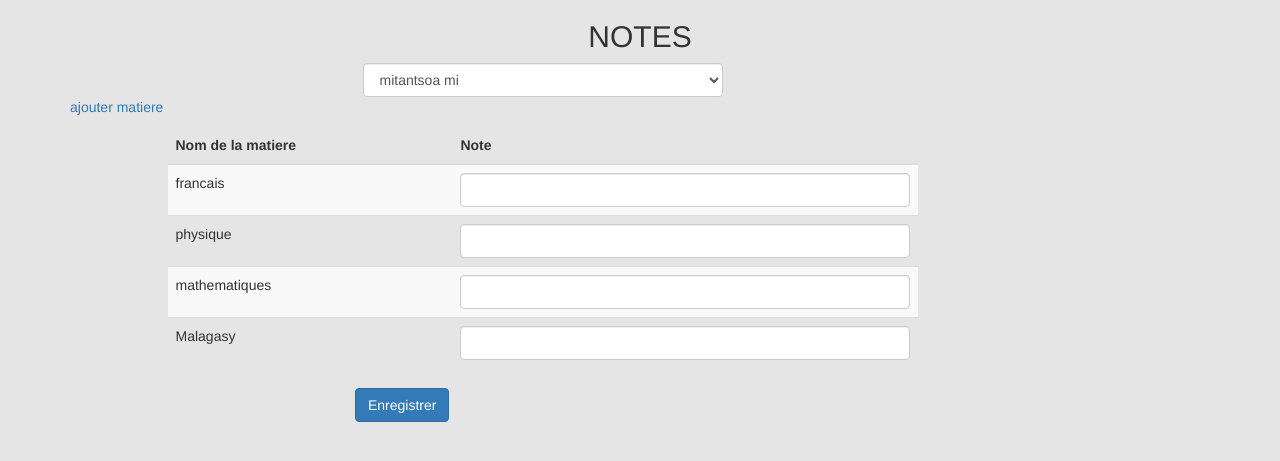
Repository: mitantsoa1/CRUD-note
Page: http://localhost/note
These files come from the project's save history. The page is drawn as it stood at one moment and after the next save; the edit follows.
The browser window is 1280 px wide. The pictures show the whole page.
The page is run by PHP 8.4 with error messages shown; the project is at /var/www/html/. The database holds what the project's SQL file puts in it.

Above is the page before, as saved 2021-02-12 07:46:26.
Console error: SyntaxError: Unexpected token '<'

### index.php
<?php

require_once ("Controls/Controllers.class.php");
// require_once ("Models/Database.class.php");
// Database::init("localhost","stage","root","");

if(isset($_GET['action'])){
    if(method_exists("Controllers",$_GET['action'])){
        $reflect = new ReflectionMethod("Controllers",$_GET['action']);
        $class = "Controllers";
        $reflect -> invoke(new $class);
    }else{
        Controllers::loadView("erreur.php");
    }
}else{
    Controllers::loadView("indexView.php");
}

?>

### Controls/Controllers.class.php
<?php
	class Controllers{

		public static function loadView($page){
			$page = htmlspecialchars(trim($page)) ;
			include("Views/".$page) ;
		}
		public function index(){
			Controllers::loadView("indexView");
		}
		// pour inclure les portions de page
		public static function includeTemplate($template)
		{
			$template = htmlspecialchars(trim($template));
			include "Views/template_parts/" . $template;
		}
		// inclure du JavaScript
		public static function includeJS($fields)
		{
			$script = "";
			for ($i = 0; $i < count($fields) - 1; $i++) {
				$code = htmlspecialchars(trim($fields[$i]));
				$script .= '<script src="Publics/js/' . $code . '.js"></script>' . "\n\t";
			}
			if ($i == count($fields) - 1) {
				$code = htmlspecialchars(trim($fields[count($fields) - 1]));
				$script .= '<script src="Publics/js/' . $code . '.js"></script>' . "\n";
			}
			echo $script;
		}
		// inclure du CSS
		public static function includeCSS($fields)
		{
			$css = "";
			for ($i = 0; $i < count($fields) - 1; $i++) {
				$code = htmlspecialchars(trim($fields[$i]));
				$css .= '<link rel="stylesheet" href="Publics/css/' . $code . '.css">' . "\n\t";
			}
			if ($i == count($fields) - 1) {
				$code = htmlspecialchars(trim($fields[count($fields) - 1]));
				$css .= '<link rel="stylesheet" href="Publics/css/' . $code . '.css">' . "\n";
			}
			echo $css;
		}

		public function note(){
			Controllers::loadView("note.php");
		}
		public function matiere(){
			Controllers::loadView("matiere.php");
		}
	}

 ?>

### Views/note.php
<!DOCTYPE html>
<html lang="en">
<head>
    <meta charset="UTF-8">
    <meta http-equiv="X-UA-Compatible" content="IE=edge">
    <meta name="viewport" content="width=device-width, initial-scale=1.0">
    <title>note</title>
    <?php
Controllers::includeCSS(["all","bootstrap.min","sweetalert2.min","style","util"]);
?>
</head>
<body>
    <div class="container content-note">
        <h2 class="text-center">NOTES</h2>
    <form action="">
        <div class="row">
            <?php
                include('Models/Database.class.php');
                $db = new Database();
                $tab = $db->select("etudiant")
                            ->execute(null);
                echo "<div class='col-sm-4 col-sm-offset-3'> <select id='select_etudiant_note' class='form-control'>";

                    for($i=0;$i<count($tab);$i++){
                        echo"
                            <option value='".$tab[$i]->id."'>".$tab[$i]->nom." ".$tab[$i]->prenom."</option>
                        ";
                    }

                echo "</select></div>";


            ?>


        </div>
    </form>
    <a href="matiere" >ajouter matiere</a>
    <div class="nom"></div>
    <div class="row">
        <div class="matiere_table col-sm-8 col-sm-offset-1">matiere</div>
    </div>

    </div>


<?php
Controllers::includeJS(["jquery","bootstrap.min","all","sweetalert2.min","note"]);
?>
</body>
</html>

### Models/Database.class.php
<?php
class Database{
	private $query,$nombreParam, $lastTable;
	private static $conn,$host,$base,$user,$pass,$port ;
		// bd = new PDO("mysql:host=localhost;dbname=nom","user","pass")
		// initialisation
	public static function init($hote,$base,$port,$user,$pass) {
		self::$host=htmlspecialchars(trim($hote)) ;
		self::$base=htmlspecialchars(trim($base)) ;
		self::$user=htmlspecialchars(trim($user)) ;
		self::$pass=htmlspecialchars(trim($pass)) ;

	}
	public static function db() {
		$options = array(PDO::MYSQL_ATTR_INIT_COMMAND => 'SET NAMES utf8',
);


		$url ="mysql:host=".self::$host.";port=".self::$port.";dbname=".self::$base;
		if(!isset(self::$conn)) {
			self::$conn = new PDO($url,self::$user,self::$pass,$options);
		}
		return self::$conn ;

	}
		// execution du requete
	public function execute($value=null) {

			// tester s'il y des trous dans les requetes
			// si c'est une requete de selection
		if (strpos($this->query,"SELECT")>-1) {

			if (strpos($this->query,"?")>-1 ){
				$req = self::db()->prepare($this->query) ;
				$req->execute($value) ;
			}
			else {
				$req = self::db()->query($this->query) ;
			}


			return $req->fetchAll(PDO::FETCH_OBJ);
		}
		else {
			if (strpos($this->query,"?")>-1 ){
				$req = self::db()->prepare($this->query) ;
				$req->execute($value) ;

			}
			else {
				self::db()->query($this->query) ;
			}


			return 0 ;
		}



	}
	public function getQuery() {
		return $this->query ;
	}
	public function select($table){
		$table=htmlspecialchars(trim($table)) ;
		$this->query = "SELECT * FROM ".$table ;
		$this->lastTable =$table ;
		return $this ;
	}
	public function where($id,$operateur){
		$this->query .= " WHERE ".$id."".$operateur."?";

		return $this ;
	}
	public function et($id,$operateur) {
		$this->query .= " AND ".$id."".$operateur."?";

		return $this ;
	}
	public function ou($id,$operateur) {
		$this->query .= " OR ".$id."".$operateur."?";

		return $this ;
	}
		// insertion
	public function insert($table) {
		$this->query="INSERT INTO ".$table ;
		return $this ;
	}
	// mise à jours
	public function update($table) {
		$this->query="UPDATE ".$table ;
		return $this ;
	}
	public function parametters($fields) {
		if (strpos($this->query,"INSERT")>-1){
			// insertion
			$listeFields="(" ;
			$valeur="VALUES (" ;
			for ($i=0; $i <count($fields) ; $i++) {
				$listeFields.=$fields[$i]."," ;
				$valeur.="?," ;
			}

			$listeFields=trim($listeFields,",").")" ;

			$valeur=trim($valeur,",").")" ;
			$this->query.=" ".$listeFields ;
			$this->query.=" ".$valeur ;
		}
		else if (strpos($this->query,"UPDATE")>-1){
			$listeFields="SET " ;
			for ($i=0; $i <count($fields); $i++) {
				$listeFields.=$fields[$i]."=?," ;
			}
			$listeFields=trim($listeFields,",") ;
			$this->query.=" ".$listeFields ;
		}

		return $this ;
	}

		// suppréssion
	public function delete($table) {
		$table=htmlspecialchars(trim($table)) ;
		$this->query=" DELETE FROM ".$table;
		return $this ;
	}
	public function order($param) {
		$this->query.=" ORDER BY " ;
		$listeOrder="" ;
		foreach ($param as $key => $value) {
			$listeOrder.=$key. " ".$value."," ;
		}
		$listeOrder=trim($listeOrder,",") ;
		$this->query.=$listeOrder ;
		return $this ;
	}
	public function inner($table2,$id1) {
		$table2=htmlspecialchars(trim($table2)) ;
		$id1= htmlspecialchars(trim($id1)) ;

		$this->query.=" INNER JOIN ".$table2." ON ".$this->lastTable.".".$id1."=".$table2.".".$id1 ;
		$this->lastTable=$table2;
		return $this;
	}
	// inner join id différent
	public function innerD($table2,$id1,$id2) {
		$table2=htmlspecialchars(trim($table2)) ;
		$id1= htmlspecialchars(trim($id1)) ;

		$this->query.=" INNER JOIN ".$table2." ON ".$this->lastTable.".".$id1."=".$table2.".".$id2 ;
		$this->lastTable=$table2;
		return $this;
	}
	public function sum($table,$fields) {
		$fields = htmlspecialchars(trim($fields)) ;
		$table = htmlspecialchars(trim($table)) ;
		$this->query="SELECT SUM(".$fields.") AS somme FROM ".$table ;
		return $this ;
	}
	// selection avec paramètre
	public function selectParam($table,$listeFields) {
		$reqBase ="SELECT " ;
		for ($i=0; $i <count($listeFields) ; $i++) {
			$reqBase.=$listeFields[$i]."," ;
		}
		$this->query = trim($reqBase,",")." FROM ".$table;
		return $this ;


	}
	public function customSelect($requete) {
		$req = self::db()->query($requete) ;

		return $req->fetchAll(PDO::FETCH_OBJ);
	}

}
	Database::init("localhost","scolarite","3306","root","");

	//ALTER TABLE `note` ADD `francais` IF NOT EXISTS DOUBLE NOT NULL DEFAULT '0.0'
?>

### Views/erreur.php
<!DOCTYPE html>
<html lang="fr">
<head>
    <meta charset="UTF-8">
    <meta name="viewport" content="width=device-width, initial-scale=1.0">
    <title>Page invalide</title>
</head>
<body>
    <h1>ERROR 404</h1>

        <p>Cette page n'est pas disponible</p>
</body>
</html>

### Controls/ajax.php
<?php
    include("../Models/Database.class.php");
    header('Content-type: application/json');
    $db = new Database();

    if(isset($_POST['data'])){
        $tab = $db->select("etudiant")
                ->execute();
        echo json_encode($tab);
    }

    if(isset($_POST['nom'])){
        $nom = htmlspecialchars(trim($_POST['nom']));
        $prenom = htmlspecialchars(trim($_POST['prenom']));
        $dtn = htmlspecialchars(trim($_POST['date_naissance']));
        $sexe = $_POST['sexe'];

        $db->insert("etudiant")
            ->parametters(["nom","prenom","date_de_naissance","sexe"])
            ->execute([$nom,$prenom,$dtn,$sexe]);
        echo json_encode("ok");
    }

    if(isset($_POST['id_effacer'])){
        $db->delete("etudiant")
            ->where("id","=")
            ->execute([$_POST['id_effacer']]);
        echo json_encode("effacer");
    }

    if(isset($_POST['id_modifier'])){
        $tab=$db->select("etudiant")
            ->where("id","=")
            ->execute([$_POST['id_modifier']]);
        echo json_encode($tab);
    }
    if(isset($_POST['nom_modif'])){
        $nom = htmlspecialchars(trim($_POST['nom_modif']));
        $prenom = htmlspecialchars(trim($_POST['prenom']));
        $dtn = htmlspecialchars(trim($_POST['date_naissance']));
        $sexe = $_POST['sexe'];
        $id = htmlspecialchars(trim($_POST["id"]));

        $db->update("etudiant")
            ->parametters(["nom","prenom","date_de_naissance","sexe"])
            ->where("id","=")
            ->execute([$nom,$prenom,$dtn,$sexe,$id]);
        echo json_encode("ok");
    }

    if(isset($_POST['etudiant'])){
        $tab=$db->select("etudiant")
                ->where("id","=")
                ->execute([$_POST['etudiant']]);
        echo json_encode($tab);
    }

    if(isset($_POST["affiche_matiere"])){
        $tab=$db->select("matiere")
                ->execute(null);
        echo json_encode($tab);
    }

    if(isset($_POST["nom_matiere"])){
        $matiere = htmlspecialchars(trim($_POST["nom_matiere"]));
        $tab=$db->select("matiere")
                ->where("nom_matiere","=")
                ->execute([$matiere]);

                if(count($tab)>0){
                    echo json_encode("non");
                }else{
                    $db->insert("matiere")
                        ->parametters(["nom_matiere"])
                        ->execute([$matiere]);
                        //APINA ALTER TABLE
                    echo json_encode("ok");
                }
    }

    if(isset($_POST['id_mat_effacer'])){
        $db->delete("matiere")
            ->where("id_matiere","=")
            ->execute([$_POST['id_mat_effacer']]);
        echo json_encode("effacer");
    }

    if(isset($_POST['id_mat_modifier'])){
        $tab=$db->select("matiere")
            ->where("id_matiere","=")
            ->execute([$_POST['id_mat_modifier']]);
        echo json_encode($tab);
    }
    if(isset($_POST['nom_mat_modif'])){
        $matiere = htmlspecialchars(trim($_POST['nom_mat_modif']));
        $id = htmlspecialchars(trim($_POST["id"]));

        $db->update("matiere")
            ->parametters(["nom_matiere"])
            ->where("id_matiere","=")
            ->execute([$matiere,$id]);
        echo json_encode("ok");
    }

    if(isset($_POST['affiche_note'])){
        $tab = $db->select("matiere")
                    ->execute(null);

        echo json_encode($tab);

    }

?>

### Publics/css/style.css
body {
    margin: 0;
    padding: 0;
    background: rgba(0, 0, 0, .1);
}

.content {
    width: 50vw;
    min-width: 300px;
    background: white;
    padding: 10px 20px 0 !important;
    margin: 10px auto;
    border: white 1px solid !important;
    border-radius: 10px !important;
}

.content .titre {
    padding: 0;
    margin: 0;
}

.boutton {
    display: block;
    margin: 0 auto;
    width: 100px;
}

#btn_modification {
    margin-left: 30%;
}

.table_etudiant {
    position: relative;
    height: auto;
    max-height: 150px;
    overflow: auto;
}

.table_etudiant thead {
    position: sticky;
    top: 0;
    background: black;
    color: white;
}

### Publics/js/note.js
function affiche_note_matiere() {
    $.ajax({
        url: "Controls/ajax.php",
        type: "POST",
        data: "affiche_note=affiche_note",
        datatype: "json",
        success: function(data) {
            var button = "<a href='#' class='btn btn-primary col-sm-offset-3' id='btn_note'>Enregistrer</a> ";
            if (data.length > 0) {
                var table_affichage = "<div class='table_note m-t-10'> <table class='table table-striped  m-t-10' style='position: relative !important;'><thead style='position: sticky !important;z-index: 1000;'><th>Nom de la matiere</th><th>Note</th></thead><tbody>";
                for (var i = 0; i < data.length; i++) {
                    table_affichage = table_affichage + "<tr><td>" + data[i].nom_matiere + "</td><td><input type='number' class='form-control' data-id='" + data[i].id_matiere + "'></td></tr>";
                }
                table_affichage = table_affichage + "</tbody></table></div>";

                $('.matiere_table').html(table_affichage + button);
            } else {
                $('.matiere_table').html("<h3>Il n'y a pas de matiere</h3>");
            }

        }
    })
}
affiche_note_matiere();

### scolarite.sql (the tables this page reads)
CREATE TABLE IF NOT EXISTS `etudiant` (
  `id` int(11) NOT NULL AUTO_INCREMENT,
  `nom` varchar(255) NOT NULL,
  `prenom` varchar(255) NOT NULL,
  `date_de_naissance` date NOT NULL,
  `sexe` varchar(30) NOT NULL,
  PRIMARY KEY (`id`)
) ENGINE=MyISAM AUTO_INCREMENT=9 DEFAULT CHARSET=utf8;

INSERT INTO `etudiant` (`id`, `nom`, `prenom`, `date_de_naissance`, `sexe`) VALUES
(5, 'mitantsoa', 'mi', '2021-01-26', 'femme'),
(8, 'rabe', 'be', '2021-01-25', 'femme');

CREATE TABLE IF NOT EXISTS `matiere` (
  `id_matiere` int(11) NOT NULL AUTO_INCREMENT,
  `nom_matiere` varchar(255) NOT NULL,
  PRIMARY KEY (`id_matiere`)
) ENGINE=MyISAM AUTO_INCREMENT=8 DEFAULT CHARSET=utf8;

INSERT INTO `matiere` (`id_matiere`, `nom_matiere`) VALUES
(1, 'francais'),
(7, 'physique'),
(3, 'mathematiques'),
(6, 'Malagasy');

Loaded but not shown: Publics/css/all.css (library); Publics/css/bootstrap.min.css (library); Publics/css/sweetalert2.min.css (library); Publics/js/jquery.js (library); Publics/js/bootstrap.min.js (library); Publics/css/util.css (9878 lines, source omitted)

After the next save:
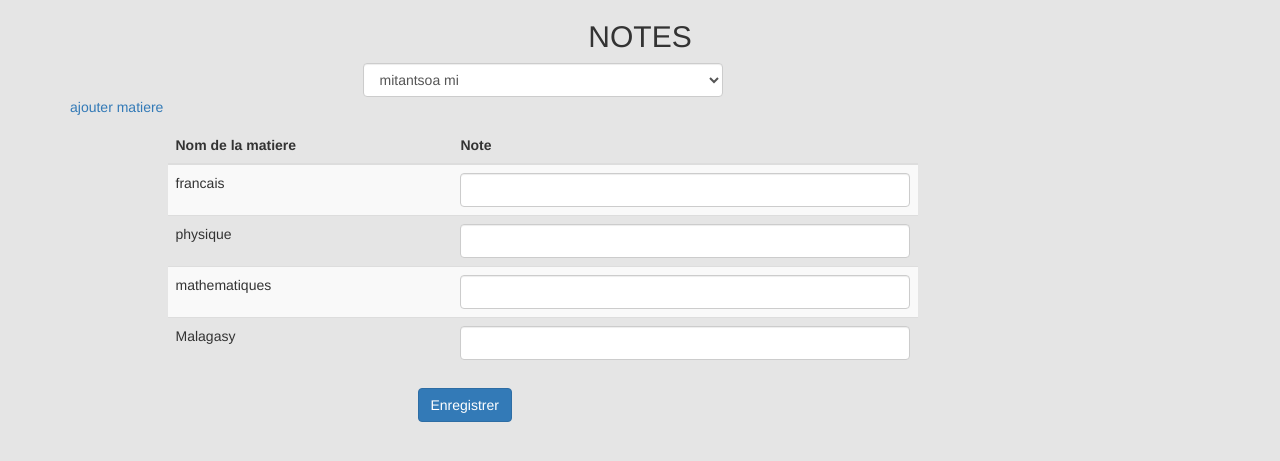
Saved 9 s later.
--- a/Publics/js/note.js
+++ b/Publics/js/note.js
@@ -5,7 +5,7 @@ function affiche_note_matiere() {
         data: "affiche_note=affiche_note",
         datatype: "json",
         success: function(data) {
-            var button = "<a href='#' class='btn btn-primary col-sm-offset-3' id='btn_note'>Enregistrer</a> ";
+            var button = "<a href='#' class='btn btn-primary col-sm-offset-4' id='btn_note'>Enregistrer</a> ";
             if (data.length > 0) {
                 var table_affichage = "<div class='table_note m-t-10'> <table class='table table-striped  m-t-10' style='position: relative !important;'><thead style='position: sticky !important;z-index: 1000;'><th>Nom de la matiere</th><th>Note</th></thead><tbody>";
                 for (var i = 0; i < data.length; i++) {
